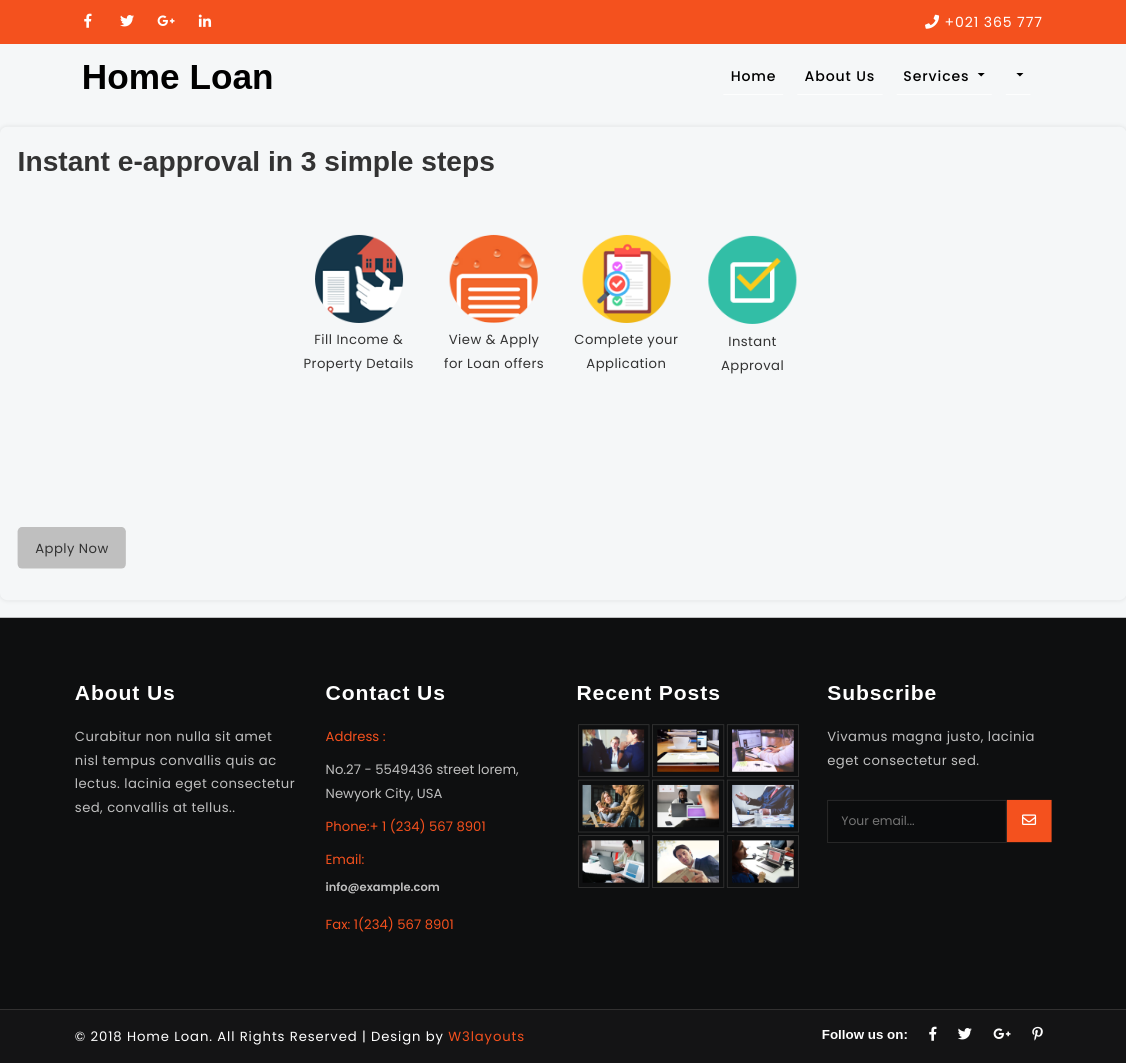
Repository: 72-faisal/Spring-MVC-project
Page: http://localhost/HomeLoan/WEB-INF/views/LoanApplyOnline.jsp
An editor plug-in stored every save of this project. The page is shown before and after the next save, followed by the edit.
The browser window is 1280 px wide. The pictures show the whole page, at 88% of full size.
Some web fonts or font styles are not loaded; a fallback is used. The page is served by Tomcat 9. Nobody is signed in. The template is opened directly, without the code that normally fills it, so the values that code supplies are empty.

Above is the page before, as saved 2023-12-28 06:17:34.

After the next save:
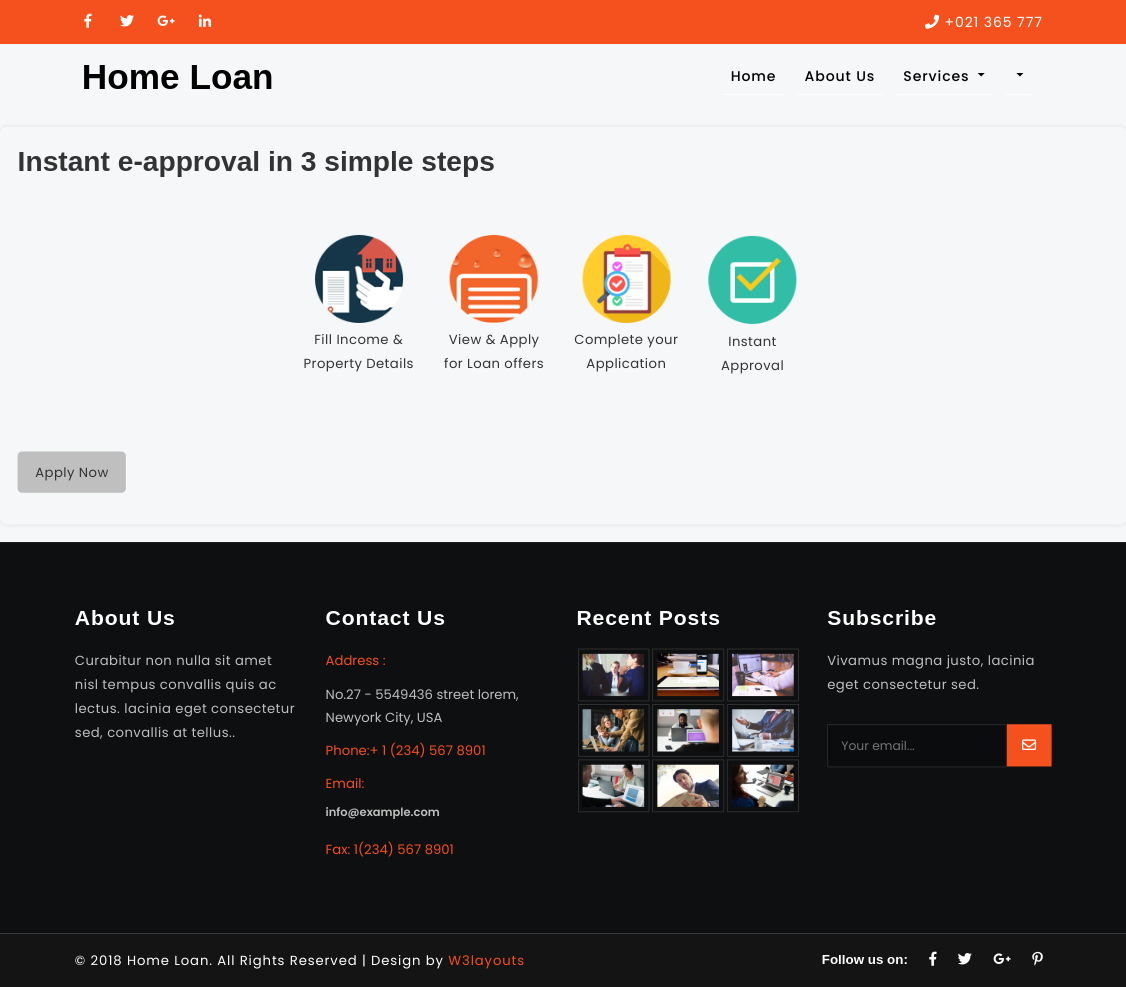
Saved 50 s later.
--- a/HomeLoan/src/main/webapp/WEB-INF/views/LoanApplyOnline.jsp
+++ b/HomeLoan/src/main/webapp/WEB-INF/views/LoanApplyOnline.jsp
@@ -253,8 +253,8 @@ SmartPhone Compatible web template, free WebDesigns for Nokia, Samsung, LG, Sony
 				</p>
 			</li>
 		</ul>
-		<p>&nbsp;</p>
-		<p>&nbsp;</p>
+		<!-- <p>&nbsp;</p>
+		<p>&nbsp;</p> -->
 		<p class="txt-center">
 			<a class="apply-btn">Apply Now <i class="arrow-icon"></i></a>
 		</p>
